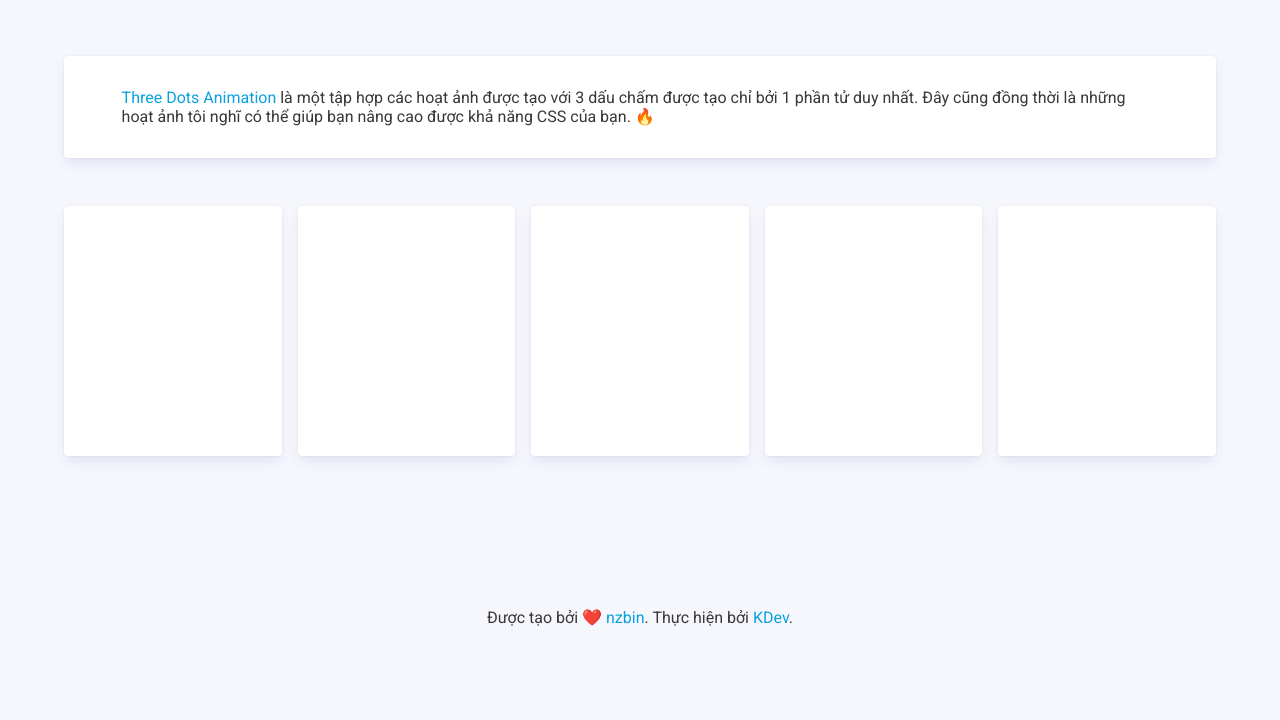
Repository: haokiet2501/lazy-loader-animation
Page: index.html
These files come from the project's save history. The page is drawn as it stood at one moment and after the next save; the edit follows.
The browser window is 1280 px wide. The pictures show the whole page.
An inner scrolling area shows only its first screen. The style sheet was rebuilt from its Sass, Less or Tailwind sources for each picture, by a compiler version that may differ from the author's.

Above is the page before, as saved 2022-05-06 19:50:42.

### index.html
<!DOCTYPE html>
<html lang="en">
<head>
    <meta charset="UTF-8">
    <meta http-equiv="X-UA-Compatible" content="IE=edge">
    <meta name="viewport" content="width=device-width, initial-scale=1.0">
    <link rel="shortcut icon" href="image/KDEV.png" type="image/x-icon">
    <link rel="stylesheet" href="sass/css/styles.css">
    <title>Three Dots Animation</title>
</head>
<body>
    <div class="container">
        <div class="title">
            <a href="/" target="_blank">Three Dots Animation</a> là một tập hợp các hoạt ảnh được tạo với 3 dấu chấm được tạo chỉ bởi 1 phần tử duy nhất. Đây cũng đồng thời là những hoạt ảnh tôi nghĩ có thể giúp bạn nâng cao được khả năng CSS của bạn. 🔥
        </div>

        <div class="row">
            <div class="box">
                <div class="stage">

                </div>
            </div>
            <div class="box">
                <div class="stage">

                </div>
            </div>
            <div class="box">
                <div class="stage">

                </div>
            </div>
            <div class="box">
                <div class="stage">

                </div>
            </div>
            <div class="box">
                <div class="stage">

                </div>
            </div>
        </div>

        <footer class="footer">
            <p>
                Được tạo bởi ❤️ <a href="https://github.com/nzbin" target="_blank">nzbin</a>.
                Thực hiện bởi <a href="/" target="_blank">KDev</a>.
            </p>
        </footer>
    </div>
</body>
</html>

### sass/styles.scss
@import 'base/base';

$color-text: #383838;
$color-line: #50dfdb;

.container {
    padding: 2rem 4rem;
}

.title {
    background: #fff;
    padding: 2rem 5%;
    margin: 1.5rem 0;
    box-shadow: 0 .4rem .8rem -.1rem rgba(0, 32, 128, .1), 0 0 0 1px #f0f2f7;
    border-radius: .25rem;
    color: $color-text;
}

.box {
    position: relative;
    height: 250px;
    background: #fff;
    padding: 2rem 5%;
    margin: 1.5rem 0;
    box-shadow: 0 .4rem .8rem -.1rem rgba(0, 32, 128, .1), 0 0 0 1px #f0f2f7;
    border-radius: .25rem;
}

.row {
    display: grid;
    grid-template-columns: repeat(auto-fill, minmax(184px, 1fr));
    gap: 24px 16px;
}

.footer {
    display: flex;
    justify-content: center;
    align-items: center;
    margin: 128px 0 20px;
}

.footer > p {
    color: $color-text;
}

### sass/base/_base.scss
@import url('https://fonts.googleapis.com/css2?family=Roboto:wght@300;400;500;700&display=swap');

*, ::before, ::after {
    margin: 0;
    padding: 0;
    box-sizing: border-box;
}

html, body {
    scroll-behavior: smooth;
    font-family: 'Roboto', sans-serif;
    background: #f6f7fd;
    height: 100%;
    overflow: auto;
}

a {
    text-decoration: none;
    color: #0AA1DD;
}

After the next save:
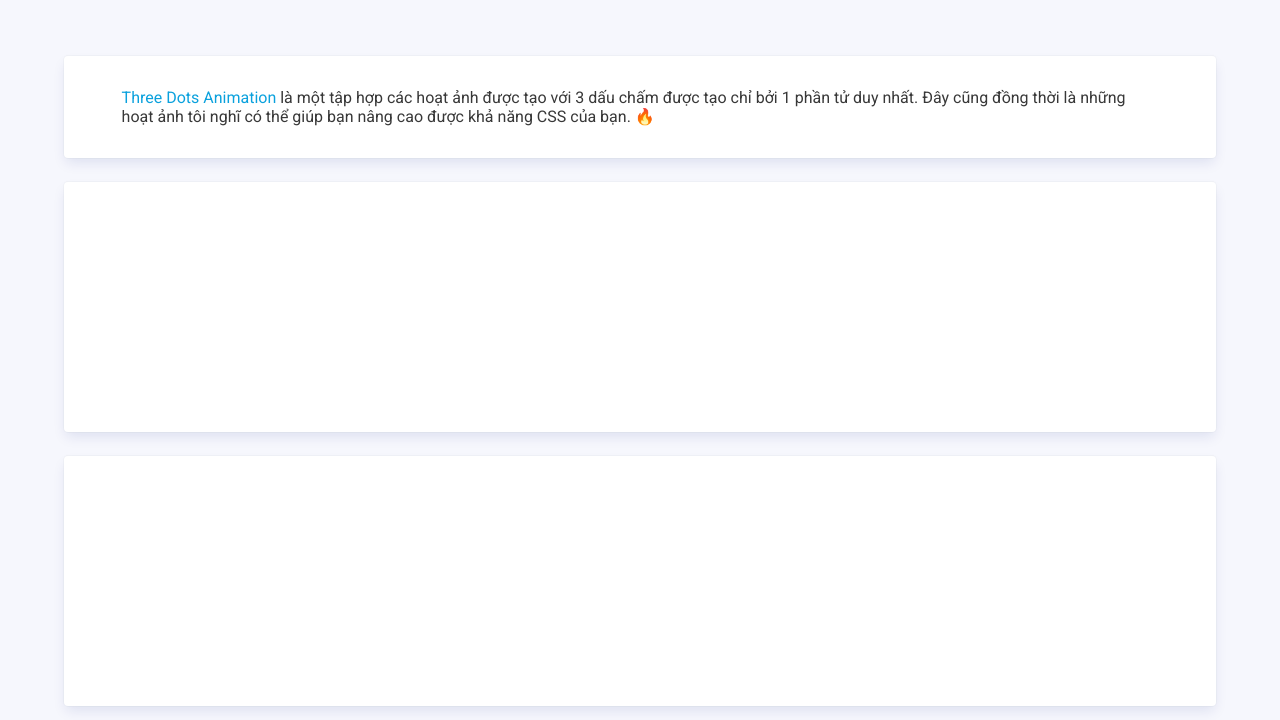
Saved 2 min 40 s later.
--- a/sass/styles.scss
+++ b/sass/styles.scss
@@ -26,6 +26,8 @@
     border-radius: .25rem;
 }
 
+.box
+
 .row {
     display: grid;
     grid-template-columns: repeat(auto-fill, minmax(184px, 1fr));

After the save that followed:
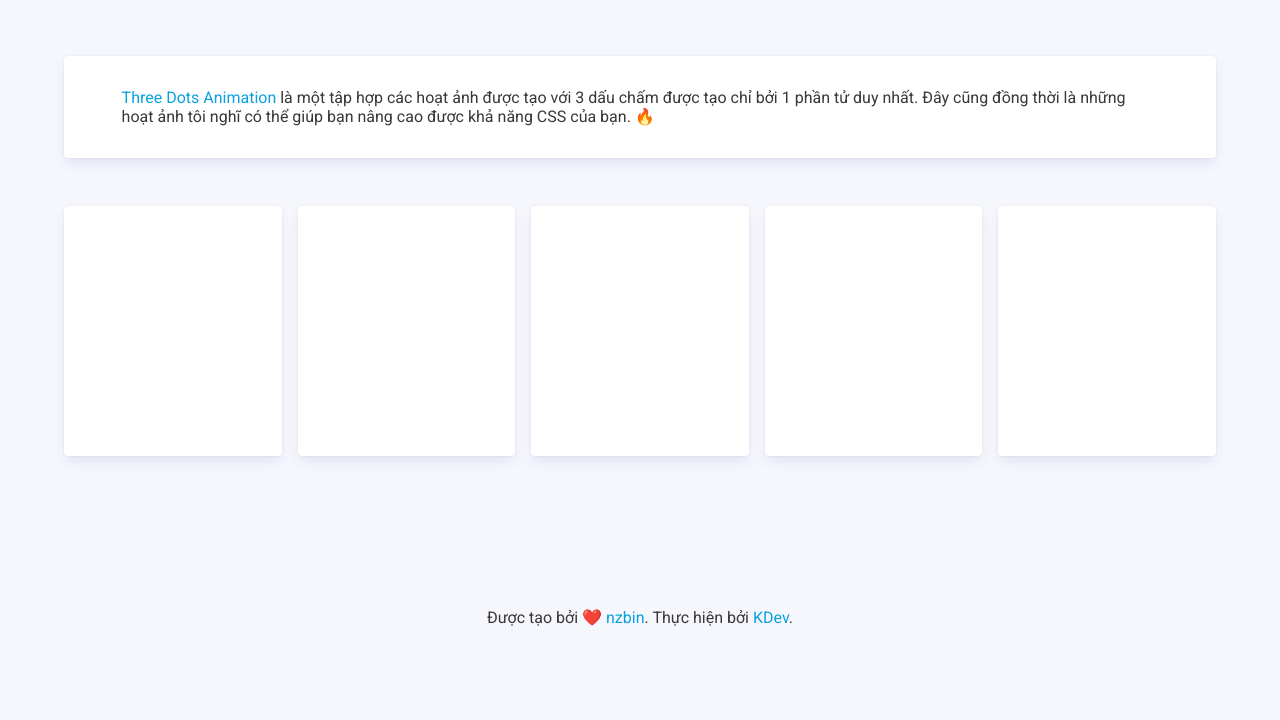
Saved 5 s later.
--- a/sass/styles.scss
+++ b/sass/styles.scss
@@ -26,7 +26,9 @@
     border-radius: .25rem;
 }
 
-.box
+.box::before {
+
+}
 
 .row {
     display: grid;
